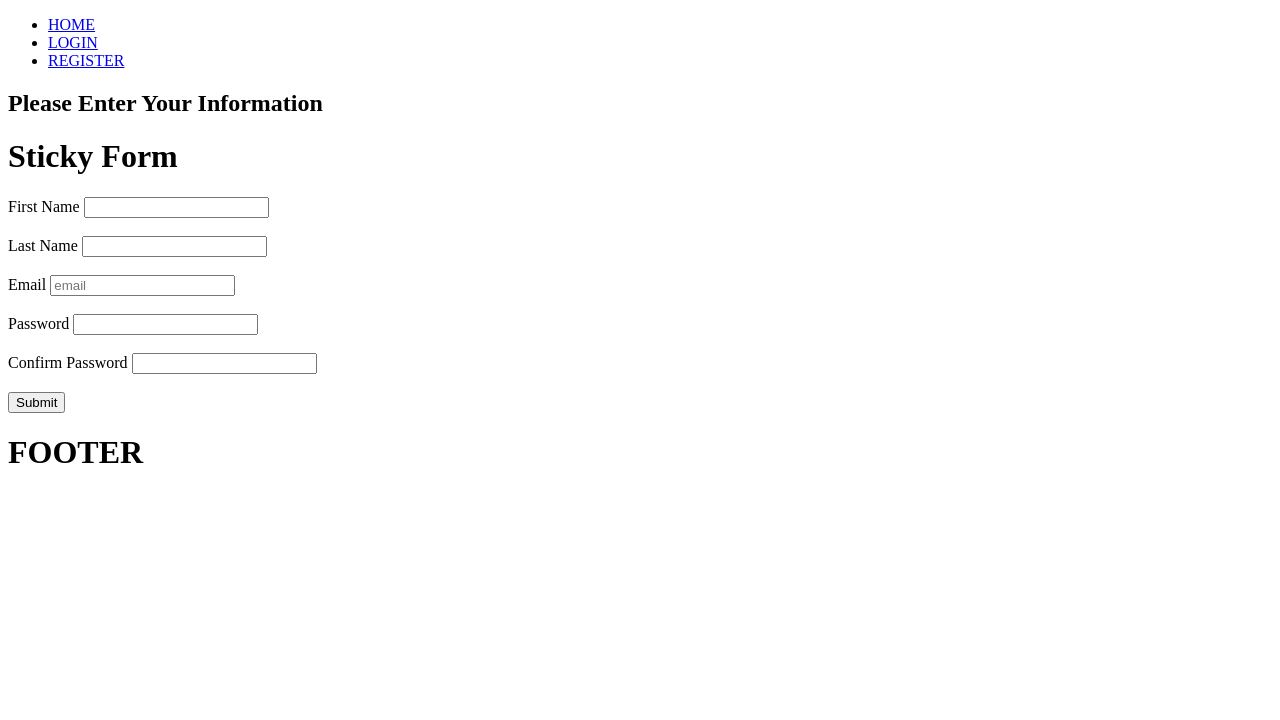
Repository: jedeyejed00/TheGameShaq
Page: http://localhost/ClassWork/Lab5/register.php
The author's editor kept a record of every edit. The page is drawn from the files as they stood at one moment, then again after the next edit.
The browser window is 1280 px wide. The pictures show the whole page.
The page is run by PHP 8.4 with error messages shown; the project is at /var/www/html/.

Above is the page before.

After the next edit:
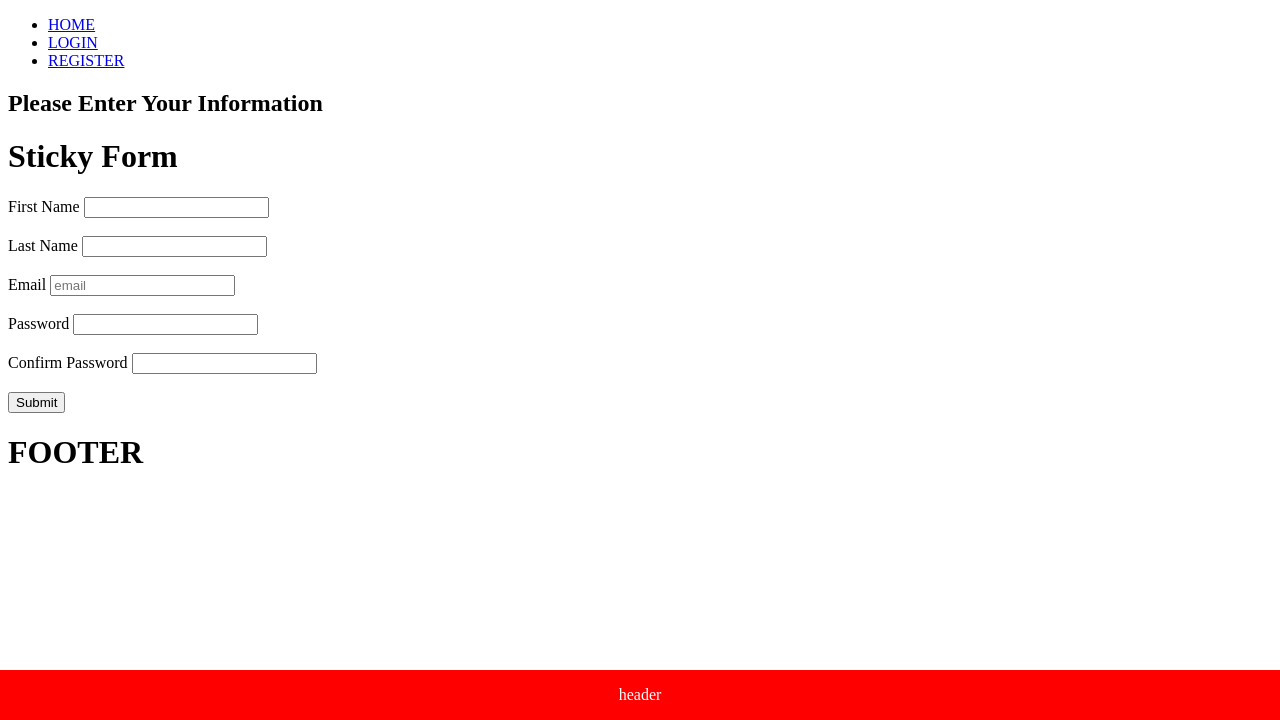
The edit:
--- a/ClassWork/Lab5/includes/header.php
+++ b/ClassWork/Lab5/includes/header.php
@@ -32,5 +32,8 @@
         <li><a href="register.php">REGISTER</a></li>
     </ul>
     </div><!-- header -->
+    <div class="header">
+  <p>header</p>
+</div>
 
     </header>
